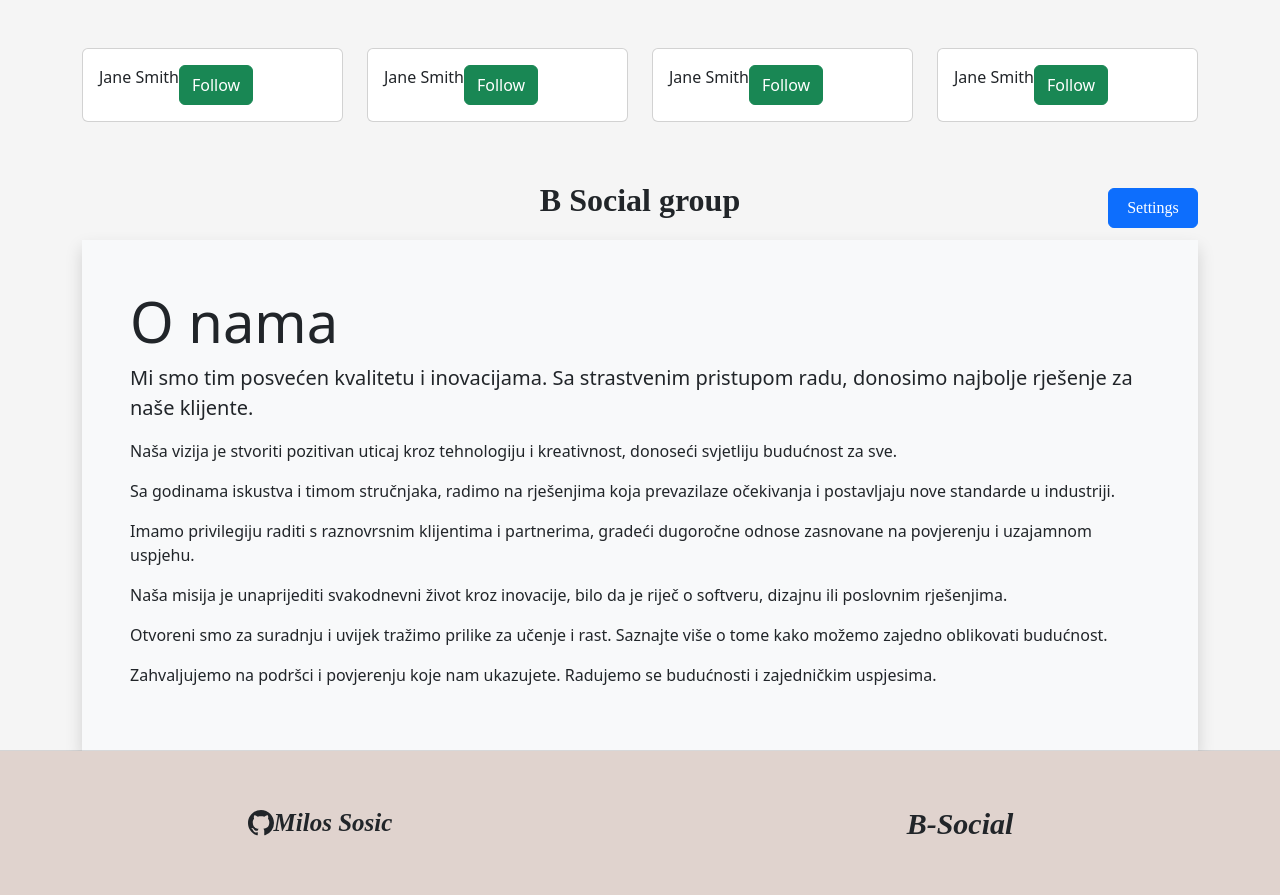
Repository: mcedo1/b-Social-app
Page: /aboutUs
These files come from the project's save history. The page is drawn as it stood at one moment and after a run of saves; the edit follows.
The browser window is 1280 px wide. The pictures show the whole page.
The project was rebuilt for these pictures with package versions that can differ from the ones it lists, and the page was loaded fresh each time. Also part of the build but not shown: src/components/log.reg.component/Login.js, src/components/log.reg.component/Registration.js, src/components/submain.component/Submain.css, src/components/submain.component/Comment.js, src/components/submain.component/Modal.js, src/components/submain.component/Post.js, src/components/submain.component/followers.component/FollowerComponet.js, src/components/submain.component/Submain.js and 1 more.

Above is the page before, as saved 2024-02-03 14:58:27.

### src/index.js
import React from 'react';
import ReactDOM from 'react-dom/client';
import './index.css';
import App from './App';
import reportWebVitals from './reportWebVitals';
import {
  BrowserRouter as Router
} from "react-router-dom";
import 'bootstrap/dist/css/bootstrap.min.css';
import 'react-toastify/dist/ReactToastify.css';

const root = ReactDOM.createRoot(document.getElementById('root'));
root.render(
  <React.StrictMode>
    <Router>
      <App />
    </Router>
  </React.StrictMode>
);

// If you want to start measuring performance in your app, pass a function
// to log results (for example: reportWebVitals(console.log))
// or send to an analytics endpoint. Learn more: https://bit.ly/CRA-vitals
reportWebVitals();

### src/App.js
import './App.css';
import Footer from './components/footer.component/Footer';
import Login from './components/log.reg.component/Login';
import Registration from './components/log.reg.component/Registration';
import MainPage from './components/main.page.component/MainPage';
import WebSocket from 'websocket';
import { useEffect } from 'react';
import {
  Routes,
  Route,
} from "react-router-dom";
import AboutUsCommponent from './components/about.us.component/AboutUs';
import { ToastContainer } from 'react-toastify';


function App() {
//   useEffect(() => {
//     // Establish a WebSocket connection
//     const ws = new WebSocket('wss://localhost:8080');

//     // Set up event listeners
//     ws.onopen = () => {
//       console.log('WebSocket connection opened');
//     };

//     ws.onmessage = (event) => {
//       console.log('Received message:', event.data);
//       // Handle the incoming message
//     };

//     ws.onclose = () => {
//       console.log('WebSocket connection closed');
//     };

//     // Clean up the WebSocket connection when the component is unmounted
//     return () => {
//       ws.close();
//     };
//   }, []);


  return (
    <div className='App'>
      <div className="Main">
        <ToastContainer/>
        <Routes>
          <Route index path="/" element={<Login />} />
          <Route path="/reg" element={<Registration />} />
          <Route path="/main" element={<MainPage />} />
          <Route path='aboutUs' element={<AboutUsCommponent/>}/>
        </Routes>
      </div>
      <Footer/>
     </div>
  );
}

export default App;

### src/components/footer.component/Footer.js
import React from 'react'
import './Footer.css';

function Footer() {
  return (
      <div className='Footer'>
      <div className='Left'>
      <svg xmlns="http://www.w3.org/2000/svg" width="26" height="26" fill="currentColor" class="bi bi-github" viewBox="0 0 16 16">
  <path d="M8 0C3.58 0 0 3.58 0 8c0 3.54 2.29 6.53 5.47 7.59.4.07.55-.17.55-.38 0-.19-.01-.82-.01-1.49-2.01.37-2.53-.49-2.69-.94-.09-.23-.48-.94-.82-1.13-.28-.15-.68-.52-.01-.53.63-.01 1.08.58 1.23.82.72 1.21 1.87.87 2.33.66.07-.52.28-.87.51-1.07-1.78-.2-3.64-.89-3.64-3.95 0-.87.31-1.59.82-2.15-.08-.2-.36-1.02.08-2.12 0 0 .67-.21 2.2.82.64-.18 1.32-.27 2-.27s1.36.09 2 .27c1.53-1.04 2.2-.82 2.2-.82.44 1.1.16 1.92.08 2.12.51.56.82 1.27.82 2.15 0 3.07-1.87 3.75-3.65 3.95.29.25.54.73.54 1.48 0 1.07-.01 1.93-.01 2.2 0 .21.15.46.55.38A8.01 8.01 0 0 0 16 8c0-4.42-3.58-8-8-8"/>
</svg>
       <b> Milos Sosic</b>
      </div>
      <div className='Right'>
        <i>B-Social</i>
      </div>
    </div>
  )
}

export default Footer

### src/components/about.us.component/AboutUs.js
import React from "react";
import SideBar from "../main.page.component/sideBar";
import NewFollowers from "./NewFollowers";

const AboutUsCommponent = () => {
     return (
          <div style={{flex:1, justifyContent:'column'}}>
          <NewFollowers/>
               <div className="container mt-5">
                    <SideBar />
                    <div className="jumbotron bg-light p-5 shadow">
                         <h1 className="display-4">O nama</h1>
                         <p className="lead">
                              Mi smo tim posvećen kvalitetu i inovacijama. Sa
                              strastvenim pristupom radu, donosimo najbolje
                              rješenje za naše klijente.
                         </p>
                         <p>
                              Naša vizija je stvoriti pozitivan uticaj kroz
                              tehnologiju i kreativnost, donoseći svjetliju
                              budućnost za sve.
                         </p>
                         <p>
                              Sa godinama iskustva i timom stručnjaka, radimo na
                              rješenjima koja prevazilaze očekivanja i
                              postavljaju nove standarde u industriji.
                         </p>
                         <p>
                              Imamo privilegiju raditi s raznovrsnim klijentima
                              i partnerima, gradeći dugoročne odnose zasnovane
                              na povjerenju i uzajamnom uspjehu.
                         </p>
                         <p>
                              Naša misija je unaprijediti svakodnevni život kroz
                              inovacije, bilo da je riječ o softveru, dizajnu
                              ili poslovnim rješenjima.
                         </p>
                         <p>
                              Otvoreni smo za suradnju i uvijek tražimo prilike
                              za učenje i rast. Saznajte više o tome kako možemo
                              zajedno oblikovati budućnost.
                         </p>
                         <p>
                              Zahvaljujemo na podršci i povjerenju koje nam
                              ukazujete. Radujemo se budućnosti i zajedničkim
                              uspjesima.
                         </p>
                    </div>
               </div>
          </div>
     );
};

export default AboutUsCommponent;

### src/components/footer.component/Footer.css
.Footer {
  background-color: #e0d3ce;

  height: 20vh;
  display: flex;
  flex-direction: row;
  box-shadow: rgba(0, 0, 0, 0.02) 0px 1px 3px 0px,
    rgba(27, 31, 35, 0.15) 0px 0px 0px 1px;
}
.Left {
  flex: 1;
  display: flex;
  justify-content: center;
  align-items: center;
  font-size: 25px;
  font-family: "Times New Roman", Times, serif;
  font-style: italic;
}

.Left b:hover {
  cursor: pointer;
  font-size: 27px;
}

.Right {
  flex: 1;
  display: flex;
  justify-content: center;
  align-items: center;
  font-family: "Times New Roman", Times, serif;
  font-weight: 700;
  font-size: 30px;
}

.Right i:hover {
  cursor: pointer;
  font-size: 31px;
}

### src/components/log.reg.component/Login.css
.Login {
    flex: 1;
    display: flex;
    justify-content: center;
    align-items: center;
    background-color: #f3f3ef;
    box-shadow: rgba(0, 0, 0, 0.1) 0px 4px 12px;
    margin: 20px 0;
}

p:hover {
    cursor: default;
}

### src/API/Api.js
import axios from "axios";
import ApiConfig from "../config/apiconfig";

export default function api(path, body, method) {
     const requestDATA = {
          method: method,
          baseURL: ApiConfig.API_URL,
          url: path,
          data: body,
          headers: {
               "Content-Type": "application/json",
               Authorization: getToken(),
          },
     };

     return new Promise((resolve, reject) => {
          axios(requestDATA)
               .then((res) => responseHandler(res, resolve))
               .catch(async (error) => {
                    console.log(error.response.status, error.response.data)
                    if (error.response.status === 401) {
                         const response = {
                              status: "login Error",
                              data: error.response.data.message,
                         };

                         return resolve(response);
                    }

                    const response = {
                         status: "Conflict",
                         data: error.response.data.message,
                    };
                    resolve(response);
               });
     });
}

async function responseHandler(res, resolve) {

    if (res.status < 200 || res.status >= 300) {
          const response = {
               status: "service Error",
               data: res.data,
          };

          return resolve(response);
     }
     let response;
     if (res.data.errorStatus < 0)
          response = {
               status: "login Error",
               data: res.data,
          };
     else
          response = {
               status: "ok",
               data: res.data,
          };
     return resolve(response);
}

export function getToken() {
     const token = localStorage.getItem("api_token");
     return "Berer " + token;
}

export function saveToken(token) {
     localStorage.setItem("api_token", token);
}

export function saveIdentity(identity) {
     localStorage.setItem("api_identity", identity);
}

export function getIdentity() {
     return localStorage.getItem("api_identity");
}

export function delIdentity() {
     localStorage.removeItem('api_identity')
}
export function delToken() {
     localStorage.removeItem('api_token')
}

### src/components/main.page.component/MainPage.css
.MainPage {
    flex: 1;
    display: flex;
    flex-direction: column;
}


.Naslov {
    display: flex;
    justify-items: end;
    font-size: xx-large;
    font-weight: bolder;

    font-family: 'Lucida Sans', 'Lucida Sans Regular', 'Lucida Grande', 'Lucida Sans Unicode', Geneva, Verdana, sans-serif;
}
.Setting-button {
    flex: 1;
    display: flex;
    justify-content: end;
    align-items: center;
}

### src/components/main.page.component/sideBar.js
import React, { useState } from "react";
import Offcanvas from "react-bootstrap/Offcanvas";
import Button from "react-bootstrap/Button";
import { Link } from "react-router-dom";
import { useNavigate } from "react-router-dom";
import { delIdentity, delToken } from "../../API/Api";

function SideBar() {
     const [show, setShow] = useState(false);
     const navigate = useNavigate();
     const handleClose = () => setShow(false);
     const handleShow = () => setShow(true);

     const handleLogOut = () => {
          delIdentity()
          delToken()
          navigate("/");
     };

     return (
          <>
               <div className="Naslov">
                    <div style={{ flex: "1" }}></div>
                    <div>
                         <p style={{ fontFamily: "cursive" }}>B Social group</p>
                    </div>
                    <div className="Setting-button">
                         <Button
                              style={{
                                   width: "90px",
                                   height: "40px",
                                   fontFamily: "cursive",
                              }}
                              variant="primary"
                              onClick={handleShow}>
                              Settings
                         </Button>
                    </div>
                    <hr />
               </div>

               <Offcanvas show={show} onHide={handleClose}>
                    <Offcanvas.Header closeButton>
                         <Offcanvas.Title
                              style={{
                                   fontFamily: "cursive",
                                   fontSize: "35px",
                              }}>
                              B-social routes
                         </Offcanvas.Title>
                    </Offcanvas.Header>
                    <hr />
                    <Offcanvas.Body
                         style={{
                              display: "flex",
                              flexDirection: "column",
                              justifyContent: "space-between",
                         }}>
                         <div>
                              <p>
                                   <Link
                                        to={"/main"}
                                        style={{
                                             textDecoration: "none",
                                             fontFamily: "cursive",
                                             fontSize: "23px",
                                        }}>
                                        Main Panel
                                   </Link>
                              </p>
                              <p>
                                   <Link
                                        to={"/aboutUs"}
                                        style={{
                                             textDecoration: "none",
                                             fontFamily: "cursive",
                                             fontSize: "20px",
                                        }}>
                                        About Us!
                                   </Link>
                              </p>
                         </div>
                         <Button
                              style={{
                                   alignSelf: "end",
                                   fontFamily: "cursive",
                              }}
                              variant="danger"
                              onClick={handleLogOut}>
                              Sign Out!
                         </Button>
                    </Offcanvas.Body>
               </Offcanvas>
          </>
     );
}

export default SideBar;

### src/components/about.us.component/NewFollowers.js
import React from "react";
import { Button } from "react-bootstrap";


const NewFollowerCard = ({ firstName, lastName }) => {
    return (
        <div className="col-md-3"  style={{ height: '50px' }}>
        <div className="card">
          <div className="card-body col d-flex ">
            <p>{firstName} {lastName}</p> <Button className="btn-success">Follow</Button>
          </div>
        </div>
      </div>
    );
  };
const NewFollowerComponent = () => {
    return (
      <div className="row d-flex flex-nowrap overflow-auto"  style={{ height: '80px', overflow: 'hidden' }}>
        <NewFollowerCard firstName="Jane" lastName="Smith" />
        <NewFollowerCard firstName="Jane" lastName="Smith" />
        <NewFollowerCard firstName="Jane" lastName="Smith" />
        <NewFollowerCard firstName="Jane" lastName="Smith" />
        <NewFollowerCard firstName="Jane" lastName="Smith" />
        <NewFollowerCard firstName="Jane" lastName="Smith" />
      </div>
    );
  };

function NewFollowers() {
    return (
        <div>
            <div className="container mt-5">
                <NewFollowerComponent/>
            </div>
        </div>
    );
}

export default NewFollowers;

### src/config/apiconfig.js

const ApiConfig = {
    API_URL: 'http://localhost:3001',
}

export default ApiConfig;

Loaded but not shown: public/index.html (common file); src/index.css (common file); src/reportWebVitals.js (common file); src/App.css (common file)

After the next 3 saves:
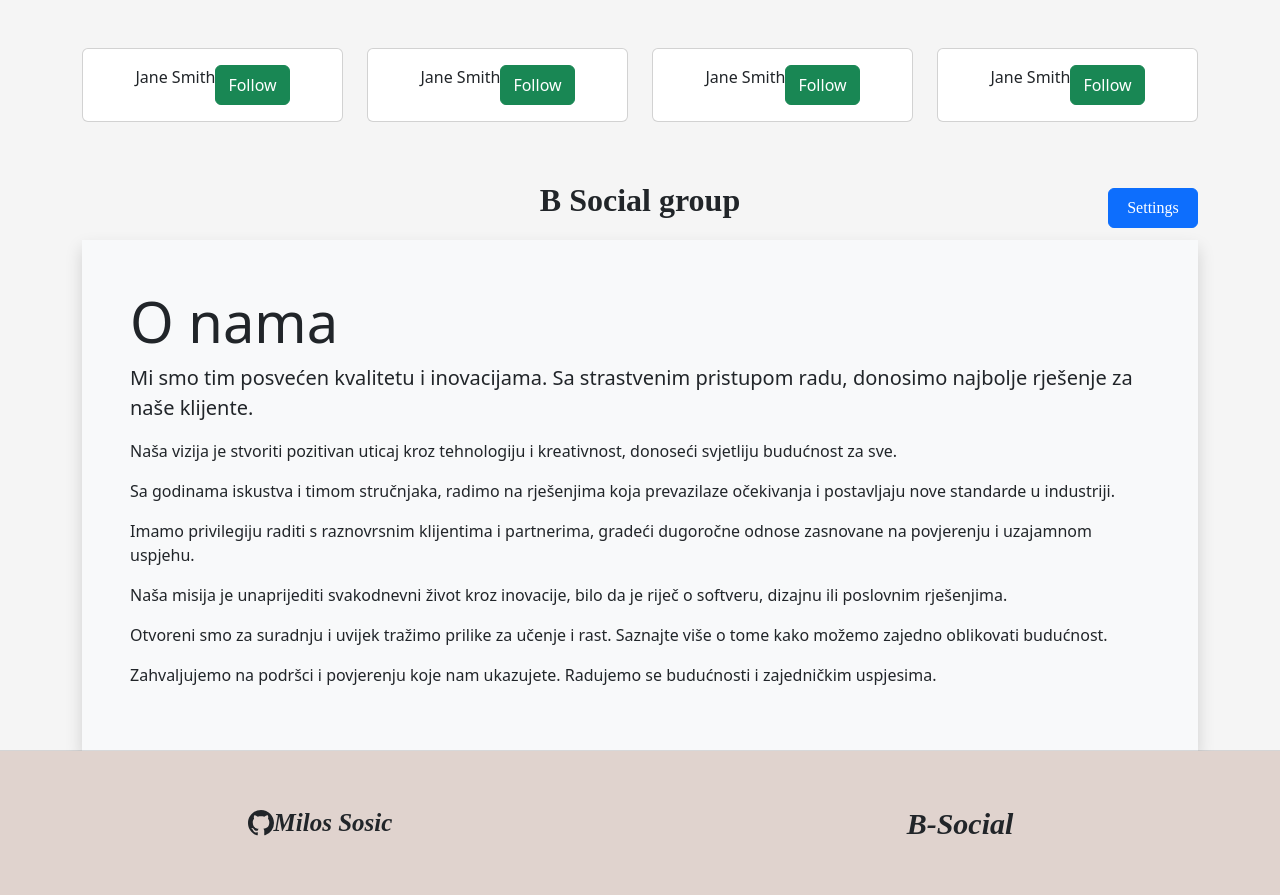
The 3 saves are shown as one change because they came seconds apart.
The last was saved 67 s later.
--- a/src/components/about.us.component/NewFollowers.js
+++ b/src/components/about.us.component/NewFollowers.js
@@ -6,7 +6,7 @@
     return (
         <div className="col-md-3"  style={{ height: '50px' }}>
         <div className="card">
-          <div className="card-body col d-flex ">
+          <div className="card-body col d-flex justify-content-center">
             <p>{firstName} {lastName}</p> <Button className="btn-success">Follow</Button>
           </div>
         </div>

After the save that followed:
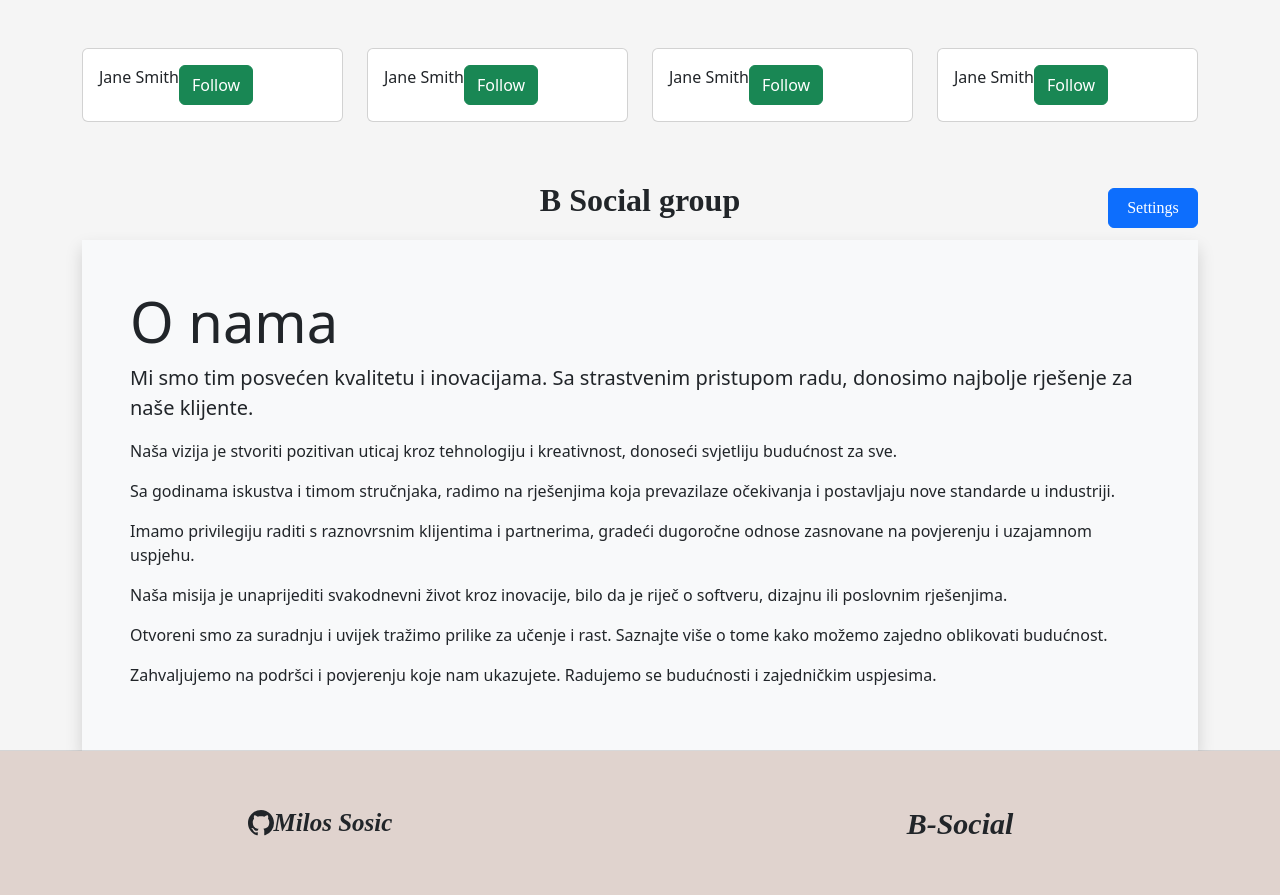
Saved 8 s later.
--- a/src/components/about.us.component/NewFollowers.js
+++ b/src/components/about.us.component/NewFollowers.js
@@ -6,7 +6,7 @@
     return (
         <div className="col-md-3"  style={{ height: '50px' }}>
         <div className="card">
-          <div className="card-body col d-flex justify-content-center">
+          <div className="card-body col d-flex justify-content-space-between">
             <p>{firstName} {lastName}</p> <Button className="btn-success">Follow</Button>
           </div>
         </div>
